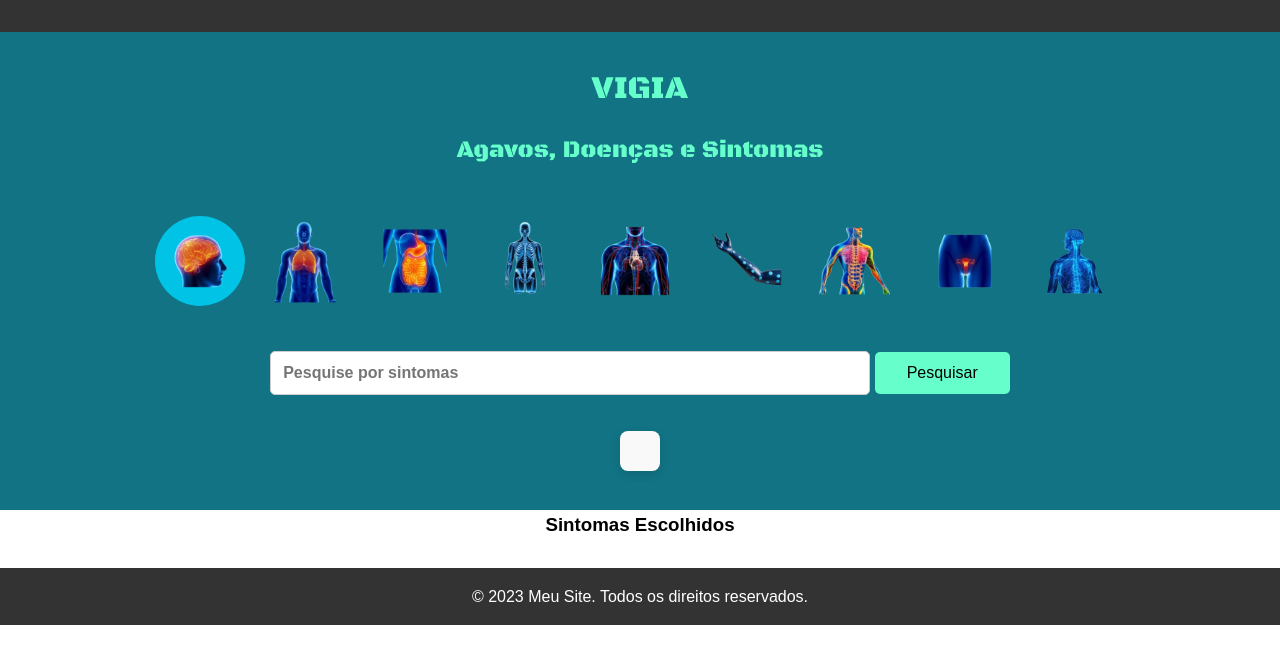
Repository: br-on/vigia
Page: index.html
The author's editor kept a copy of each file at every save. The page is drawn from the files as they stood at one save, then again after the next save.
The browser window is 1280 px wide. The pictures show the whole page.
The pointer rests on the first visible `.grupo-sintoma`.
Some web fonts or font styles are not loaded; a fallback is used.

Above is the page before, as saved 2024-09-15 16:35:40.

### index.html
<!DOCTYPE html>
<html lang="pt-br">
<head>
  <meta charset="UTF-8">
  <meta name="viewport" content="width=device-width, initial-scale=1.0">
  <title>IA VIGILÂNCIA</title>
  <link rel="stylesheet" href="assets/style/style.css">
</head>
<body>
  <nav>
  </nav>
  <header class="search">
    <h1 class="black-ops-one-regular">VIGIA</h1>
    <h2 class="black-ops-one-regular">Agavos, Doenças e Sintomas</h2>
    <div class="grupos-sintomas">
      <div class="grupo-sintoma"><img src="/assets/img/grupos/neurologico.png" alt=""></div>
      <div class="grupo-sintoma"><img src="assets/img/grupos/respiratorio.png" alt=""></div>
      <div class="grupo-sintoma"><img src="assets/img/grupos/digestivo.png" alt=""></div>
      <div class="grupo-sintoma"><img src="assets/img/grupos/musculoesqueletico.png" alt=""></div>
      <div class="grupo-sintoma"><img src="assets/img/grupos/cardiaco.png" alt=""></div>
      <div class="grupo-sintoma"><img src="assets/img/grupos/dermatologico.png" alt=""></div>
      <div class="grupo-sintoma"><img src="assets/img/grupos/infecciosofebril.png" alt=""></div>
      <div class="grupo-sintoma"><img src="assets/img/grupos/ginecologicocongentia.png" alt=""></div>
      <div class="grupo-sintoma"><img src="assets/img/grupos/gerais.png" alt=""></div>
    </div><br>
    <input type="text" placeholder="Pesquise por sintomas" class="electrolize-regular" id="campo-pesquisa">
    <button onclick="pesquisar()">Pesquisar</button>
    <br>
    <div id="resultados-pesquisa" class="resultado-pesquisa-sintomas"></div>
  </header>
  <main>
    <center><h3>Sintomas Escolhidos</h3></center>
    <div id="sintomas-escolhidos">

      <!-- Sintomas escolhidos serão exibidos aqui -->
    </div>
    <div id="resultados-doencas">
      <!-- Resultados das doenças serão exibidos aqui -->
    </div>
  </main>
  <footer>
    <p>&copy; 2023 Meu Site. Todos os direitos reservados.</p>
  </footer>

  <script src="assets/script/sintomas.js"></script>
  <script src="assets/script/data.js"></script>
  <script src="assets/script/app.js"></script>
</body>
</html>

### assets/style/style.css
/* style.css */
@import url('https://fonts.googleapis.com/css2?family=Black+Ops+One&display=swap');
@import url('https://fonts.googleapis.com/css2?family=Electrolize&display=swap');

.black-ops-one-regular {
  font-family: "Black Ops One", system-ui;
  font-weight: 400;
  font-style: normal;
}

.electrolize-regular {
  font-family: "Electrolize", sans-serif;
  font-weight: 600;
  font-style: normal;
}

/* Estilos globais */
* {
    margin: 0;
    padding: 0;
    box-sizing: border-box;
}

html, body {
    height: 100%;
    margin: 0;
}

body {
    font-family: Arial, sans-serif;
    line-height: 1.6;
    margin: 0;
    padding: 0;

}

header, nav, footer {
    background-color: #333;
    color: #fff;
    text-align: center;
    padding: 1rem;
}

main {
    flex: 1;
}

h1, h2 {
    color: #66ffcc;
    margin-bottom: 1rem;
}

/* Estilo para o formulário de pesquisa */
.search {
    text-align: center;
    padding: 2rem 1rem;
    background-color: #117383;
}

.search input[type="text"] {
    margin-top: 15px;
    width: 600px;
    padding: 0.75rem;
    margin-bottom: 1rem;
    border: 1px solid #ccc;
    border-radius: 5px;
    font-size: 1rem;
}

.search button {
    padding: 0.75rem 2rem;
    background-color: #66ffcc;
    color: #000;
    border: none;
    border-radius: 5px;
    cursor: pointer;
    font-size: 1rem;
}

.search button:hover {
    background-color: #29a67c;
    color: rgb(255, 255, 255);
}

/* Estilo para resultados */
.results {
    padding: 2rem;
    background-color: #fff;
    text-align: center;
}

/* Estilo do rodapé */

footer {
    background-color: #333;
    color: white;
    padding: 1rem;
    text-align: center;
    position: relative;
    bottom: 0;
    width: 100%;
}

/* Media Queries para telas menores */
@media (max-width: 768px) {
    .search input[type="text"] {
        width: 100%;
    }

    .search button {
        width: 100%;
        margin-top: 1rem;
    }
}

@media (max-width: 480px) {
    h1 {
        font-size: 2rem;
    }

    h2 {
        font-size: 1.5rem;
    }

    footer {
        font-size: 0.9rem;
    }
}

/* Container principal dos resultados */
#resultados-pesquisa {

    max-height: 80vh; /* Limita a altura para que os resultados não ocupem a tela inteira */
    overflow-y: auto; /* Ativa a barra de rolagem vertical */
    padding: 20px;
    margin-top: 20px;
    border-radius: 8px;
    box-shadow: 0px 4px 10px rgba(0, 0, 0, 0.1); /* Sombra suave */
    background-color: #f9f9f9; /* Fundo claro */
}

/* Estilo dos itens de resultado */
.item-resultado {
    border: 1px solid #e0e0e0; /* Borda leve ao redor do item */
    border-radius: 8px; /* Bordas arredondadas */
    padding: 20px; /* Espaçamento interno */
    margin-bottom: 20px; /* Espaçamento entre os itens */
    background-color: #fff; /* Fundo branco para o item */
    box-shadow: 0px 4px 8px rgba(0, 0, 0, 0.05); /* Sombra leve */
    transition: transform 0.3s ease, box-shadow 0.3s ease; /* Transição suave */
}

/* Efeito hover nos itens */
.item-resultado:hover {
    transform: translateY(-5px); /* Eleva o item ao passar o mouse */
    box-shadow: 0px 6px 12px rgba(0, 0, 0, 0.15); /* Aumenta a sombra ao passar o mouse */
}

/* Título do item */
.item-resultado h2 {
    font-size: 1.8rem;
    margin-bottom: 10px;
    color: #333; /* Cor mais escura para o título */
    font-weight: bold;
}

/* Subtítulos (Descrição, Sintomas, etc.) */
.item-resultado h4 {
    font-size: 1.2rem;
    margin-top: 15px;
    margin-bottom: 8px;
    color: #555; /* Cor intermediária */
}

/* Texto descritivo */
.item-resultado .descricao-meta {
    font-size: 1rem;
    line-height: 1.5; /* Facilita a leitura */
    color: #666; /* Cor do texto */
    margin-bottom: 15px;
}

/* Links */
.item-resultado a {
    font-size: 1rem;
    color: #007bff; /* Cor azul padrão */
    text-decoration: none;
}

.item-resultado a:hover {
    text-decoration: underline; /* Sublinha ao passar o mouse */
}

/* Barra de rolagem estilizada */
#resultados-pesquisa::-webkit-scrollbar {
    width: 8px;
}

#resultados-pesquisa::-webkit-scrollbar-thumb {
    background-color: #888;
    border-radius: 10px;
}

#resultados-pesquisa::-webkit-scrollbar-thumb:hover {
    background-color: #555;
}


/* Adicione isto ao seu arquivo CSS */
#filtros-sintomas {
    width: 90%;
    margin: 0 auto; /* Centraliza a div horizontalmente */
    display: flex;
    flex-wrap: wrap; /* Faz com que os itens quebrem para a linha seguinte */
    gap: 10px; /* Espaço entre os itens */
    box-sizing: border-box;
}

#filtros-sintomas label {
    display: flex;
    align-items: center;
    margin-right: 10px; /* Espaço entre os labels */

}


.sintoma-item {
    padding: 10px;
    margin: 5px 0;
    border-radius: 5px;
    cursor: pointer;
    margin: 2px;
}

.sintoma-item:hover {
    opacity: 0.8;
}

#sintomas-escolhidos {
    display: inline-flex;
    flex-wrap: wrap;
    margin-top: 20px;
}

.sintoma-escolhido {
    background-color: #d4edda; /* Cor de fundo verde clara */
    border: 1px solid #c3e6cb;
    padding: 10px;
    margin: 5px 0;
    border-radius: 5px;
}

.resultado-pesquisa-sintomas {
    display: inline-flex;
    flex-wrap: wrap;
    align-items: center;
    justify-content: center;
}

.grupos-sintomas {
    display: inline-flex;
    flex-wrap: wrap;
    justify-content: center;
    align-items: center;
    min-height: 150px;
}

.grupo-sintoma {
    display: flex;
    justify-content: center;
    align-items: center;
    margin: 5px;
    width: 100px;
    height: 100px;
    border-radius: 50%;
}

.grupo-sintoma:hover {
    height: 90px;
    width: 90px;
    transition: 0.5s;
    cursor: pointer;
    background-color: hsl(189, 100%, 45%);
}

.grupo-sintoma img {
    width: 90px;
    height: 90px;
}

.grupo-sintoma img:hover {
    height: 130px;
    width: 130px;
    transition: 0.5s;
    cursor: pointer;
    opacity: 0.6;
}

### assets/script/app.js
document.addEventListener('DOMContentLoaded', function() {
    // Carregar sintomas iniciais (se necessário)
});

function pesquisar() {
    let campoPesquisa = document.getElementById("campo-pesquisa").value.toLowerCase();
    let resultadosSintomasDiv = document.getElementById("resultados-pesquisa");
    resultadosSintomasDiv.innerHTML = ""; // Limpar resultados anteriores

    // Filtra sintomas que correspondem ao texto digitado
    let sintomasEncontrados = dataSintomas.filter(sintoma =>
        sintoma.titulo_sintoma.toLowerCase().includes(campoPesquisa) ||
        sintoma.grupo_sintoma.toLowerCase().includes(campoPesquisa)
    );

    // Exibir sintomas encontrados
    sintomasEncontrados.forEach(sintoma => {
        let divSintoma = document.createElement('div');
        divSintoma.className = 'sintoma-item';
        divSintoma.style.backgroundColor = getRandomColor(); // Função para cor de fundo aleatória
        divSintoma.textContent = sintoma.titulo_sintoma;
        divSintoma.addEventListener('click', () => adicionarSintomaEscolhido(sintoma));
        resultadosSintomasDiv.appendChild(divSintoma);
    });
}

function adicionarSintomaEscolhido(sintoma) {
    let sintomasEscolhidosDiv = document.getElementById("sintomas-escolhidos");
    let divEscolhido = document.createElement('div');
    divEscolhido.className = 'sintoma-escolhido';
    divEscolhido.textContent = sintoma.titulo_sintoma;
    sintomasEscolhidosDiv.appendChild(divEscolhido);

    // Remover o sintoma da lista de sintomas encontrados
    let sintomaItems = document.querySelectorAll('#resultados-pesquisa .sintoma-item');
    sintomaItems.forEach(item => {
        if (item.textContent === sintoma.titulo_sintoma) {
            item.remove();
        }
    });

    // Opcional: Se quiser mostrar as doenças relacionadas, chame uma função aqui
    mostrarDoencasRelacionadas();
}

function mostrarDoencasRelacionadas() {
    let sintomasEscolhidosDiv = document.getElementById("sintomas-escolhidos");
    let sintomasEscolhidos = Array.from(sintomasEscolhidosDiv.children).map(div => div.textContent);

    let resultadosDoencasDiv = document.getElementById("resultados-doencas");
    resultadosDoencasDiv.innerHTML = ""; // Limpar resultados anteriores

    dataDoencas.forEach(doenca => {
        let sintomasDoenca = doenca.sintomas.toLowerCase().split(',').map(s => s.trim());
        let correspondeSintomas = sintomasEscolhidos.every(s => sintomasDoenca.includes(s.toLowerCase()));

        if (correspondeSintomas) {
            resultadosDoencasDiv.innerHTML += `
                <div class="item-resultado">
                    <h2 class="black-ops-one-regular">${doenca.titulo}</h2>
                    <h4 class="electrolize-regular">Descrição</h4>
                    <p class="descricao-meta">${doenca.descricao}</p>
                    <h4 class="electrolize-regular">Sintomas</h4>
                    <p class="descricao-meta">${doenca.sintomas}</p>
                    <h4 class="electrolize-regular">Prevenção</h4>
                    <p class="descricao-meta">${doenca.prevencao}</p>
                    <h4 class="electrolize-regular">Tratamento</h4>
                    <p class="descricao-meta">${doenca.tratamento}</p>
                    <a href="${doenca.link}" target="_blank">${doenca.link}</a>
                </div>
            `;
        }
    });
}

// Função para gerar cor aleatória
function getRandomColor() {
    const letters = '0123456789ABCDEF';
    let color = '#';
    for (let i = 0; i < 6; i++) {
        color += letters[Math.floor(Math.random() * 16)];
    }
    return color;
}

Loaded but not shown: assets/script/data.js (373 lines, source omitted); assets/script/sintomas.js (470 lines, source omitted)

After the next save:
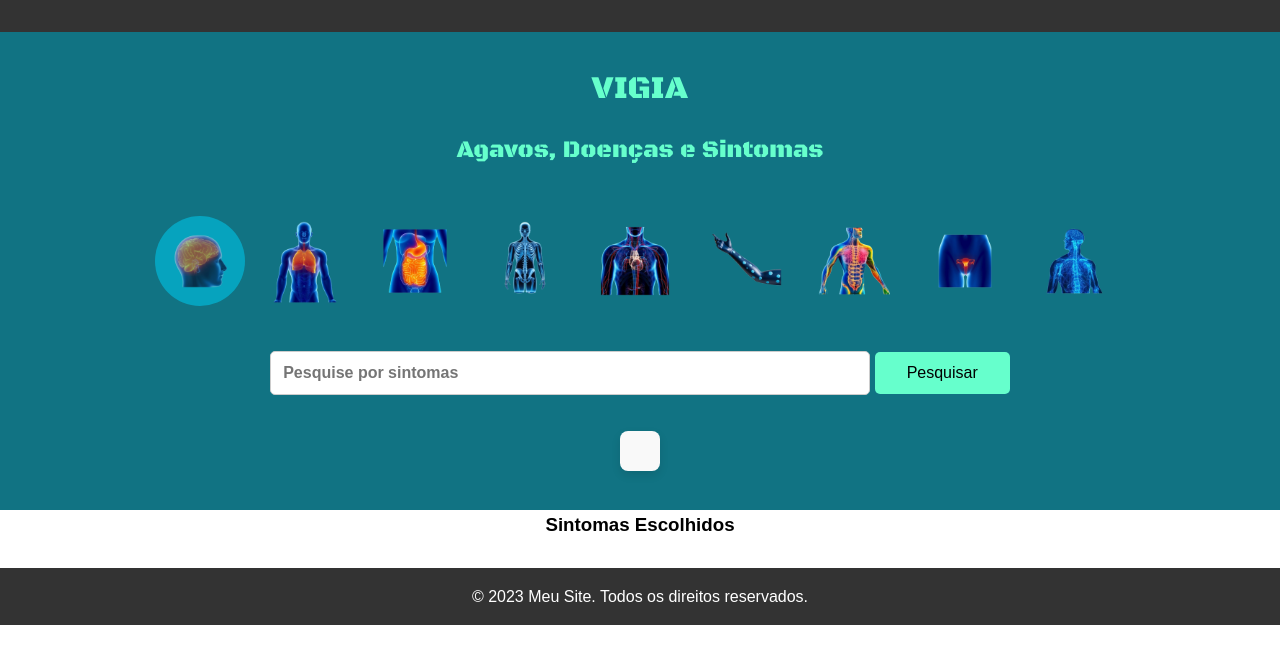
Saved 15 s later.
--- a/assets/style/style.css
+++ b/assets/style/style.css
@@ -281,6 +281,7 @@ footer {
     transition: 0.5s;
     cursor: pointer;
     background-color: hsl(189, 100%, 45%);
+    opacity: 0.6;
 }
 
 .grupo-sintoma img {
